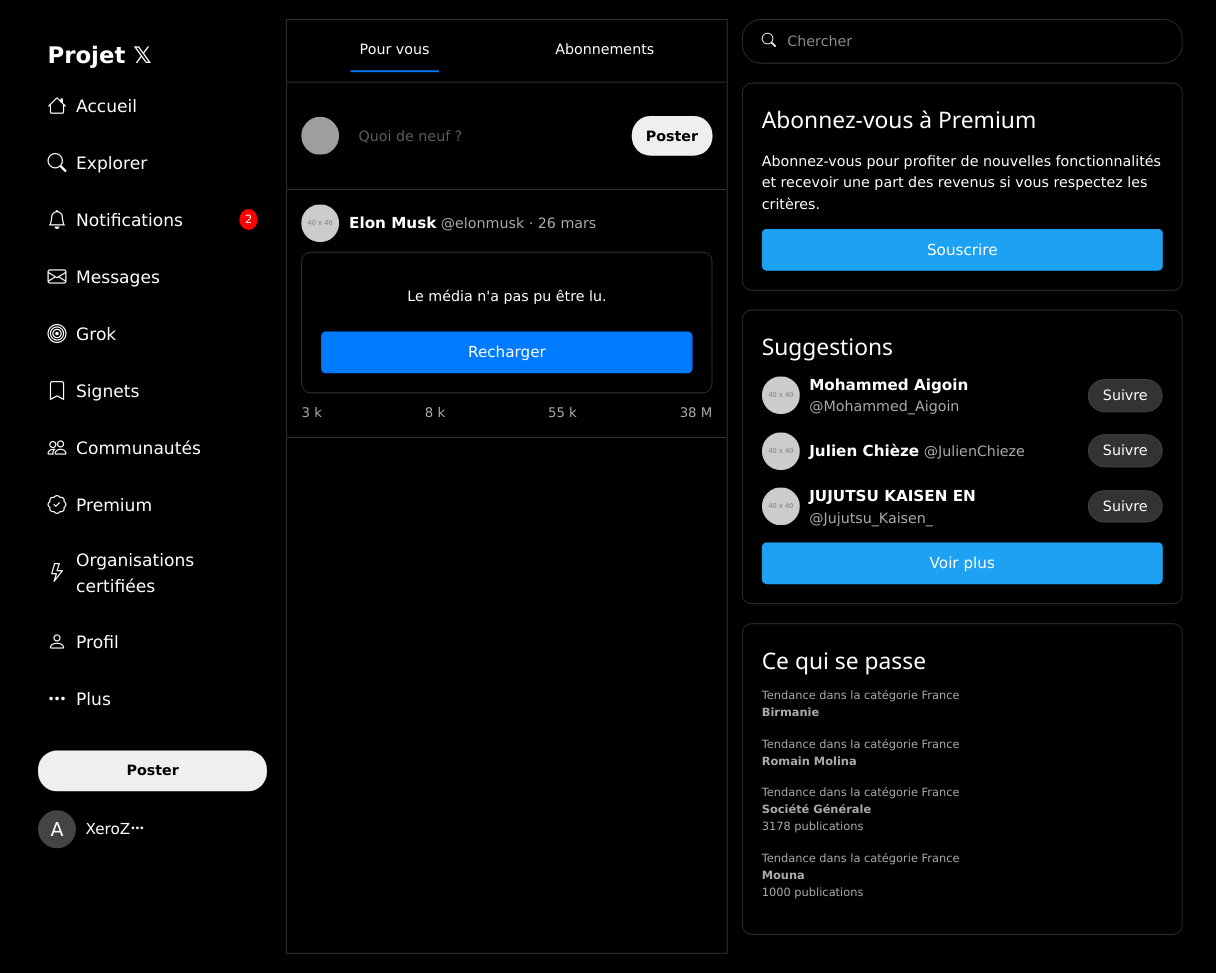
Repository: barriefl/ProjetX_BARRIER_MAULINE_MARQUES-FELIX_SERVONNET
Page: web/front/main.html
These files come from the project's save history. The page is drawn as it stood at one moment and after the next save; the edit follows.
The browser window is 1280 px wide. The pictures show the whole page, at 95% of full size.
The pointer rests on the first visible `.post-button`.
Pictures or frames that could not be fetched are drawn as grey boxes.

Above is the page before, as saved 2025-03-31 09:14:10.

### web/front/main.html
<!DOCTYPE html>
<html lang="fr">
  <head>
    <meta charset="UTF-8" />
    <meta name="viewport" content="width=device-width, initial-scale=1.0" />
    <title>Projet &Xopf;</title>
    <link rel="icon" type="image/x-icon" href="image/twitter-x.svg" />
    <link rel="stylesheet" href="style/main.css" />
    <link rel="stylesheet" href="https://www.w3schools.com/w3css/5/w3.css" />
    <link
      rel="stylesheet"
      href="https://cdn.jsdelivr.net/npm/bootstrap-icons@1.5.0/font/bootstrap-icons.css"
    />
  </head>
  <body>
    <div class="sidebar">
      <div class="logo"><a href="/front/main.html">Projet &Xopf;</a></div>
      <ul class="menu">
        <li>
          <a href="/front/main.html"
            ><span class="icon"><i class="bi bi-house"></i></span> Accueil</a
          >
        </li>
        <li>
          <a href=""
            ><span class="icon"><i class="bi bi-search"></i></span>Explorer</a
          >
        </li>
        <li>
          <a href="#"
            ><span class="icon"><i class="bi bi-bell"></i></span> Notifications
            <span class="notification-badge">2</span></a
          >
        </li>
        <li>
          <a href="#"
            ><span class="icon"><i class="bi bi-envelope"></i></span>Messages</a
          >
        </li>
        <li>
          <a href="#"
            ><span class="icon"><i class="bi bi-bullseye"></i></span> Grok</a
          >
        </li>
        <li>
          <a href="#"
            ><span class="icon"><i class="bi bi-bookmark"></i></span> Signets</a
          >
        </li>
        <li>
          <a href="#"
            ><span class="icon"><i class="bi bi-people"></i></span>
            Communautés</a
          >
        </li>
        <li>
          <a href="#"
            ><span class="icon"><i class="bi bi-patch-check"></i></span>
            Premium</a
          >
        </li>
        <li>
          <a href="#"
            ><span class="icon"><i class="bi bi-lightning"></i></span>
            Organisations certifiées</a
          >
        </li>
        <li>
          <a href="#"
            ><span class="icon"><i class="bi bi-person"></i></span> Profil</a
          >
        </li>
        <li>
          <a href="#"
            ><span class="icon"><i class="bi bi-three-dots"></i></span>Plus</a
          >
        </li>
      </ul>
      <button class="post-button">Poster</button>
      <div class="user-info">
        <span class="avatar">A</span>
        <span class="username">XeroZ</span>
        <span class="more-info"><i class="bi bi-three-dots"></i></span>
      </div>
    </div>
    <div class="container container-border">
      <!--  s -->
      <div class="tab-menu">
        <a href="#" class="active">Pour vous</a>
        <a href="#">Abonnements</a>
      </div>

      <!-- Header -->
      <div class="header">
        <img src="empty.png" alt="empty.png" />
        <input type="text" placeholder="Quoi de neuf ?" />
        <button class="post-button">Poster</button>
      </div>

      <!-- Post -->
      <div class="post">
        <div class="user-info">
          <img src="https://via.placeholder.com/40" alt="User Avatar" />
          <div>
            <span class="username">Elon Musk</span>
            <span style="color: #aaa">@elonmusk · 26 mars</span>
          </div>
        </div>
        <div class="content">
          <p>Le média n'a pas pu être lu.</p>
          <button class="button-blue">Recharger</button>
        </div>
        <div class="actions">
          <span>3 k</span>
          <span>8 k</span>
          <span>55 k</span>
          <span>38 M</span>
        </div>
      </div>
    </div>
    <div class="container">
      <!-- Barre de recherche -->
      <div class="search-bar">
        <i class="bi bi-search"></i>
        <input type="text" placeholder="Chercher" />
      </div>

      <!-- Section Premium -->
      <div class="card">
        <h3>Abonnez-vous à Premium</h3>
        <p>
          Abonnez-vous pour profiter de nouvelles fonctionnalités et recevoir
          une part des revenus si vous respectez les critères.
        </p>
        <button class="button-blue">Souscrire</button>
      </div>

      <!-- Suggestions -->
      <div class="card">
        <h3>Suggestions</h3>
        <div class="suggestion">
          <img src="https://via.placeholder.com/40" alt="Avatar" />
          <div class="info">
            <span class="username">Mohammed Aigoin</span>
            <span class="handle">@Mohammed_Aigoin</span>
          </div>
          <button>Suivre</button>
        </div>
        <div class="suggestion">
          <img src="https://via.placeholder.com/40" alt="Avatar" />
          <div class="info">
            <span class="username">Julien Chièze</span>
            <span class="handle">@JulienChieze</span>
          </div>
          <button>Suivre</button>
        </div>
        <div class="suggestion">
          <img src="https://via.placeholder.com/40" alt="Avatar" />
          <div class="info">
            <span class="username">JUJUTSU KAISEN EN</span>
            <span class="handle">@Jujutsu_Kaisen_</span>
          </div>
          <button>Suivre</button>
        </div>
        <button class="button-blue">Voir plus</button>
      </div>

      <!-- Tendances -->
      <div class="card">
        <h3>Ce qui se passe</h3>
        <ul class="trends">
          <li>
            <span>Tendance dans la catégorie France</span>
            <span class="title">Birmanie</span>
          </li>
          <li>
            <span>Tendance dans la catégorie France</span>
            <span class="title">Romain Molina</span>
          </li>
          <li>
            <span>Tendance dans la catégorie France</span>
            <span class="title">Société Générale</span>
            <span>3178 publications</span>
          </li>
          <li>
            <span>Tendance dans la catégorie France</span>
            <span class="title">Mouna</span>
            <span>1000 publications</span>
          </li>
        </ul>
      </div>
    </div>
  </body>
</html>

### web/front/style/main.css
body {
    margin: 0;
    font-family: Arial, sans-serif;
    background-color: #000;
    color: white;
    padding: 0;
    display: flex;
    justify-content: center;
    padding: 20px;
}

.sidebar {
    width: 300px;
    height: 100vh;
    display: flex;
    flex-direction: column;
    padding: 20px;
}

.logo {
    font-size: 24px;
    font-weight: bold;
}

.sidebar a {
    text-decoration: none;
    color: white;
    padding: 10px;
    border-radius: 15px;
    transition: all 0.3s ease-in-out;
}

.sidebar a:hover {
    background-color: #333;
    text-decoration: none;
    color: white;
}

.menu {
    list-style: none;
    padding: 0;
    margin: 0;
}

.menu li {
    margin: 10px 0;
}

.menu a {
    text-decoration: none;
    color: white;
    display: flex;
    align-items: center;
    font-size: 18px;
}

.menu .icon {
    margin-right: 10px;
    font-size: 20px;
}

.notification-badge {
    background-color: red;
    color: white;
    font-size: 12px;
    border-radius: 50%;
    padding: 2px 6px;
    margin-left: auto;
}

.post-button {
    margin: 20px 0;
    padding: 10px 15px;
    border-radius: 20px;
    border:none;
    cursor: pointer;
    font-weight: bold;
}

.post-button:hover {
    background-color: ;
}

.button-blue {
    width: 100%;
    padding: 10px;
    font-size: 16px;
    background-color: #1da1f2;
    color: white;
    border: none;
    border-radius: 5px;
    cursor: pointer;
}

.button-blue:hover {
    background-color: #0d8ce0;
}

.user-info {
    display: flex;
    align-items: center;
    margin-top: auto;
}

.avatar {
    background-color: #444;
    width: 40px;
    height: 40px;
    display: flex;
    align-items: center;
    justify-content: center;
    border-radius: 50%;
    font-size: 20px;
    margin-right: 10px;
}

.username {
    font-size: 16px;
}

.container {
    width: 500px;
    overflow: hidden;
    margin-right: 15px;
}

.container-border {
    border: 1px solid #333;
}

.header {
    display: flex;
    align-items: center;
    padding: 15px;
    border-bottom: 1px solid #333;
}

.header img {
    width: 40px;
    height: 40px;
    border-radius: 50%;
    margin-right: 10px;
}

.header input {
    flex: 1;
    background: transparent;
    border: none;
    outline: none;
    padding: 10px;
    color: #fff;
}

.header input::placeholder {
    color: #aaa;
}

.post {
    padding: 15px;
    border-bottom: 1px solid #333;
}

.post .user-info {
    display: flex;
    align-items: center;
    margin-bottom: 10px;
}

.post .user-info img {
    width: 40px;
    height: 40px;
    border-radius: 50%;
    margin-right: 10px;
}

.post .user-info .username {
    font-weight: bold;
}

.post .content {
    border: solid 1px #333;
    border-radius: 10px;
    padding: 20px;
    text-align: center;
}

.post .content button {
    background-color: #007bff;
    color: #fff;
    border: none;
    border-radius: 5px;
    padding: 10px 20px;
    margin-top: 10px;
    cursor: pointer;
}

.post .actions {
    display: flex;
    justify-content: space-between;
    margin-top: 10px;
    font-size: 14px;
    color: #aaa;
}

.tab-menu {
    display: flex;
    justify-content: space-around;
    padding: 10px;
    border-bottom: 1px solid #333;
}

.tab-menu a {
    color: #fff;
    text-decoration: none;
    padding: 10px;
}

.tab-menu a.active {
    border-bottom: 2px solid #007bff;
}

 .search-bar {
     display: flex;
     padding: 10px 20px;
     margin-bottom: 20px;
     border-radius: 20px;
     border: 1px solid #333;
 }

 .search-bar input {
     flex: 1;
     background: transparent;
     border: none;
     outline: none;
     color: #ffffff;
 }

 .search-bar i {
     margin-right: 10px;
 }

 .card {
    border: 1px solid #333;
     border-radius: 10px;
     padding: 20px;
     margin-bottom: 20px;
 }

 .card h3 {
     margin-top: 0;
 }

 .card .button {
     display: inline-block;
     background-color: #007bff;
     color: #ffffff;
     text-decoration: none;
     padding: 10px 20px;
     border-radius: 20px;
     margin-top: 10px;
     text-align: center;
 }

 .suggestion {
     display: flex;
     align-items: center;
     margin-bottom: 15px;
 }

 .suggestion img {
     width: 40px;
     height: 40px;
     border-radius: 50%;
     margin-right: 10px;
 }

 .suggestion .info {
     flex: 1;
 }

 .suggestion .info .username {
     font-weight: bold;
 }

 .suggestion .info .handle {
     color: #aaa;
 }

 .suggestion button {
     background-color: #333;
     border: 1px solid #444;
     color: #fff;
     border-radius: 20px;
     padding: 5px 15px;
     cursor: pointer;
 }

 .trends {
     list-style: none;
     padding: 0;
     margin: 0;
 }

 .trends li {
     margin-bottom: 15px;
 }

 .trends li span {
     display: block;
     color: #aaa;
     font-size: 12px;
 }

 .trends li .title {
     font-weight: bold;
 }

After the next save:
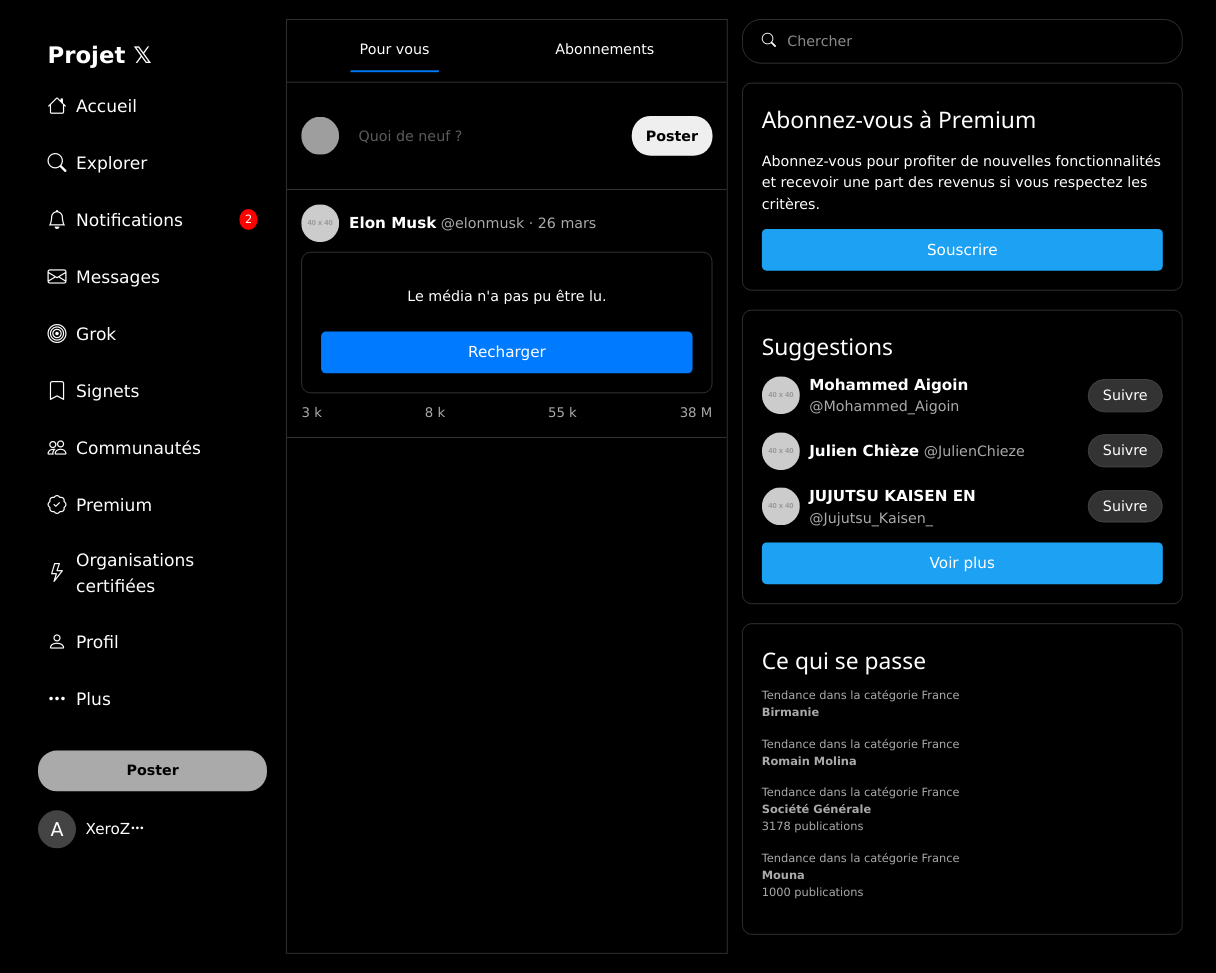
Saved 4 s later.
--- a/web/front/style/main.css
+++ b/web/front/style/main.css
@@ -78,7 +78,7 @@
 }
 
 .post-button:hover {
-    background-color: ;
+    background-color: #aaa;
 }
 
 .button-blue {

After the save that followed:
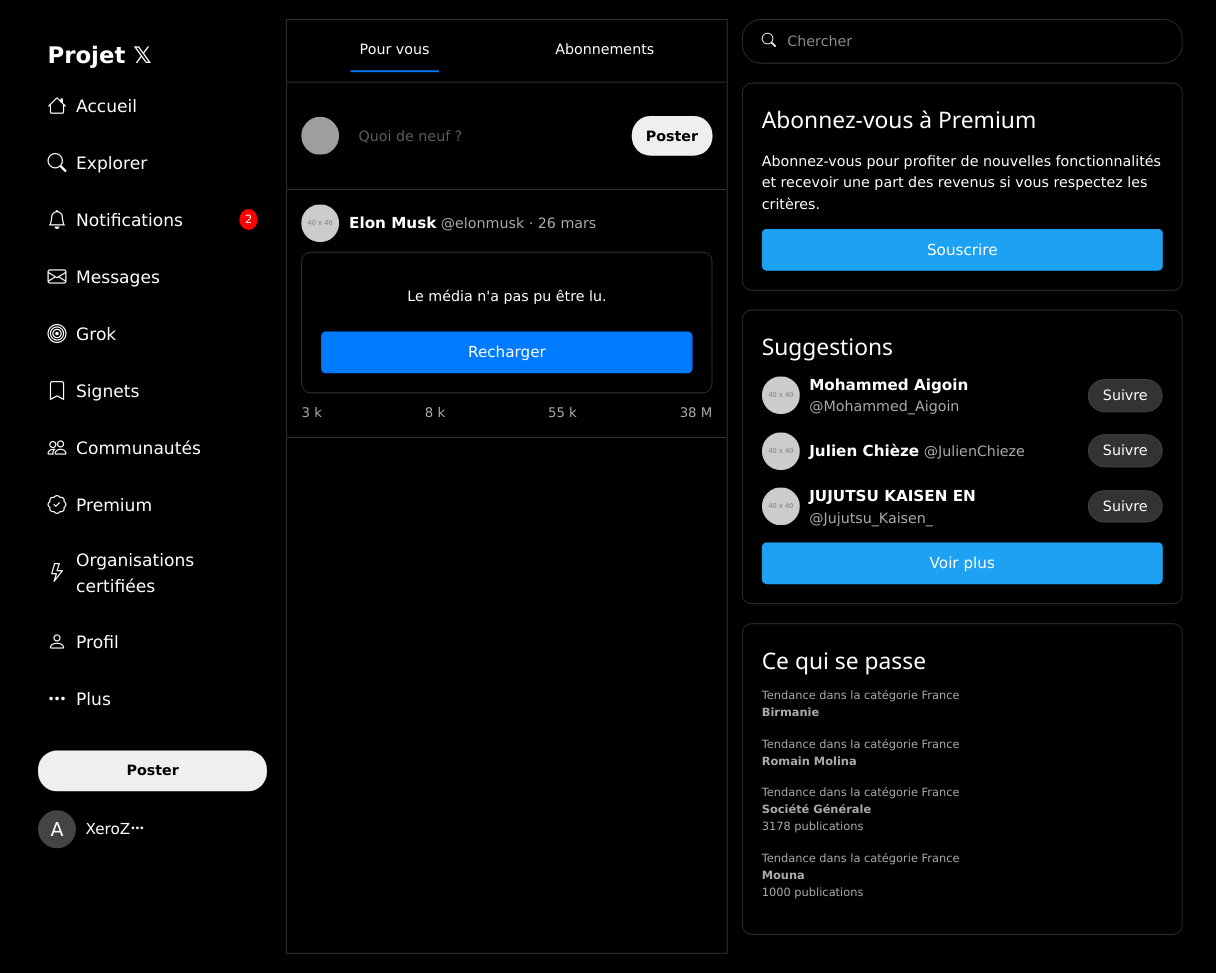
Saved 5 s later.
--- a/web/front/style/main.css
+++ b/web/front/style/main.css
@@ -78,7 +78,7 @@
 }
 
 .post-button:hover {
-    background-color: #aaa;
+    background-color: ;
 }
 
 .button-blue {
